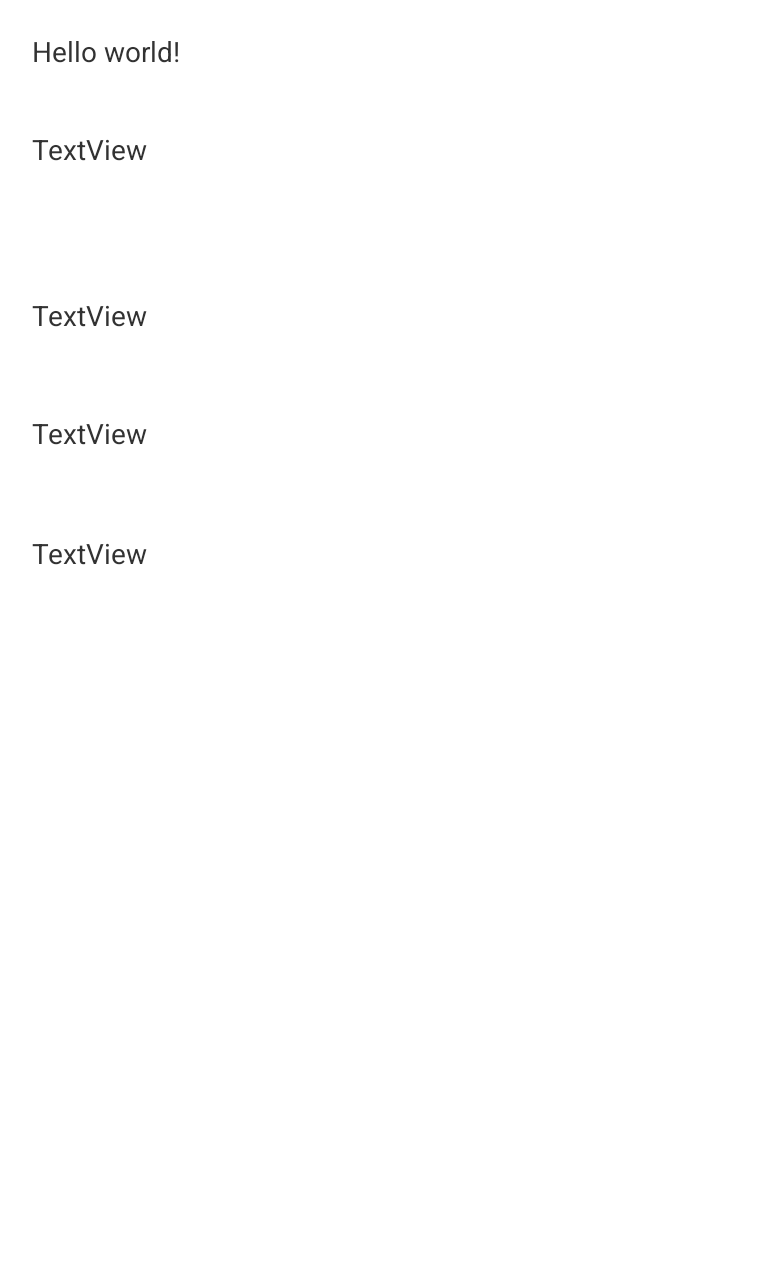
Repository: anubhavchaturvedi/MotionDroid
Layout: MotionDroid_Server/res/layout/activity_main.xml
An editor plug-in stored every save of this project. The layout is shown before and after the next save, followed by the edit.
It is drawn on a 768 x 1280 px phone screen (xhdpi) without system bars, with theme AppTheme; the app's code is not run.

Above is the layout before, as saved 2014-03-16 07:01:28.

After the next save:
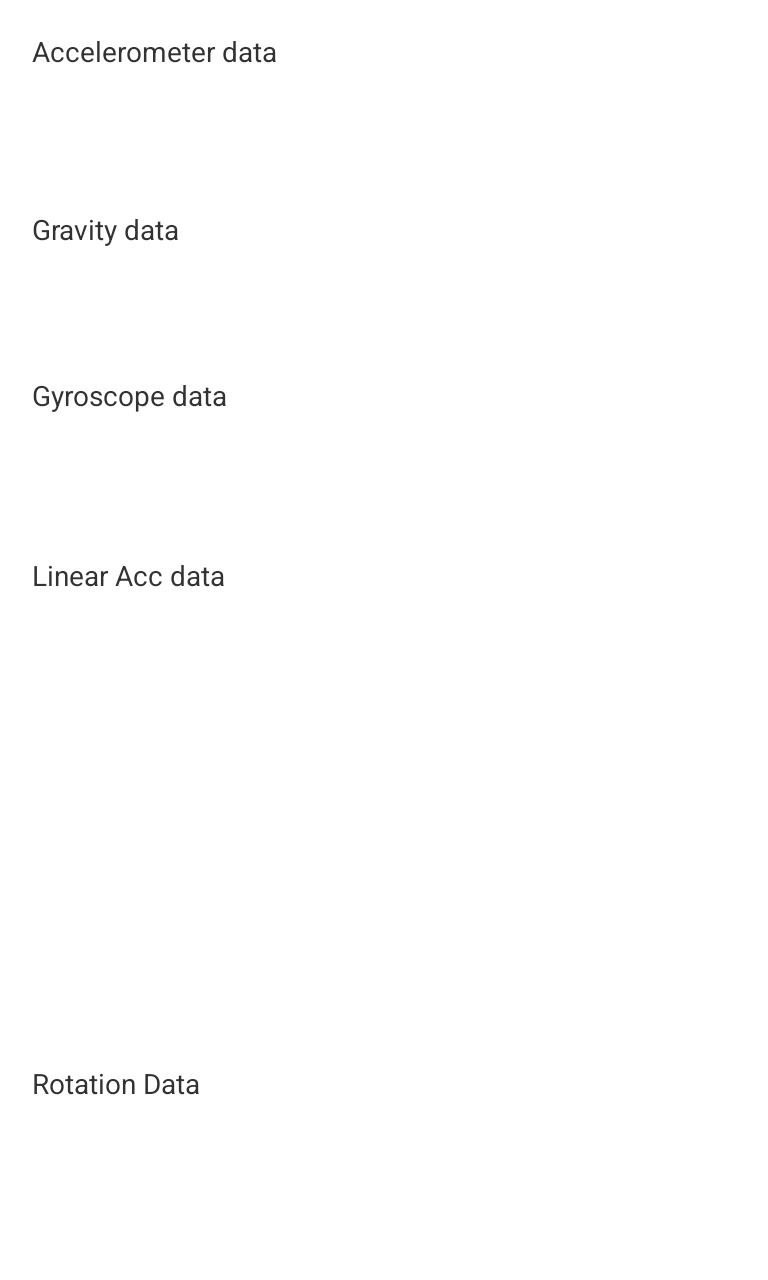
Saved 4 min 13 s later.
--- a/MotionDroid_Server/res/layout/activity_main.xml
+++ b/MotionDroid_Server/res/layout/activity_main.xml
@@ -13,42 +13,48 @@
         android:id="@+id/data_accelerometer"
         android:layout_width="wrap_content"
         android:layout_height="wrap_content"
-        android:text="@string/hello_world" />
+        android:layout_alignParentLeft="true"
+        android:layout_alignParentRight="true"
+        android:text="Accelerometer data" />
+
+    <TextView
+        android:id="@+id/data_gyroscope"
+        android:layout_width="wrap_content"
+        android:layout_height="wrap_content"
+        android:layout_alignLeft="@+id/data_gravity"
+        android:layout_alignRight="@+id/data_gravity"
+        android:layout_below="@+id/data_gravity"
+        android:layout_marginTop="64dp"
+        android:text="Gyroscope data" />
 
     <TextView
         android:id="@+id/data_gravity"
         android:layout_width="wrap_content"
         android:layout_height="wrap_content"
         android:layout_alignLeft="@+id/data_accelerometer"
+        android:layout_alignRight="@+id/data_accelerometer"
         android:layout_below="@+id/data_accelerometer"
-        android:layout_marginTop="30dp"
-        android:text="TextView" />
-
-    <TextView
-        android:id="@+id/data_gyroscope"
-        android:layout_width="wrap_content"
-        android:layout_height="wrap_content"
-        android:layout_alignRight="@+id/data_gravity"
-        android:layout_below="@+id/data_gravity"
-        android:layout_marginTop="64dp"
-        android:text="TextView" />
+        android:layout_marginTop="70dp"
+        android:text="Gravity data" />
 
     <TextView
         android:id="@+id/data_linear_acceleration"
         android:layout_width="wrap_content"
         android:layout_height="wrap_content"
+        android:layout_alignLeft="@+id/data_gyroscope"
         android:layout_alignRight="@+id/data_gyroscope"
         android:layout_below="@+id/data_gyroscope"
-        android:layout_marginTop="40dp"
-        android:text="TextView" />
+        android:layout_marginTop="71dp"
+        android:text="Linear Acc data" />
 
     <TextView
         android:id="@+id/data_rotation_vector"
         android:layout_width="wrap_content"
         android:layout_height="wrap_content"
         android:layout_alignLeft="@+id/data_linear_acceleration"
-        android:layout_below="@+id/data_linear_acceleration"
-        android:layout_marginTop="41dp"
-        android:text="TextView" />
+        android:layout_alignParentBottom="true"
+        android:layout_alignRight="@+id/data_linear_acceleration"
+        android:layout_marginBottom="73dp"
+        android:text="Rotation Data" />
 
 </RelativeLayout>
